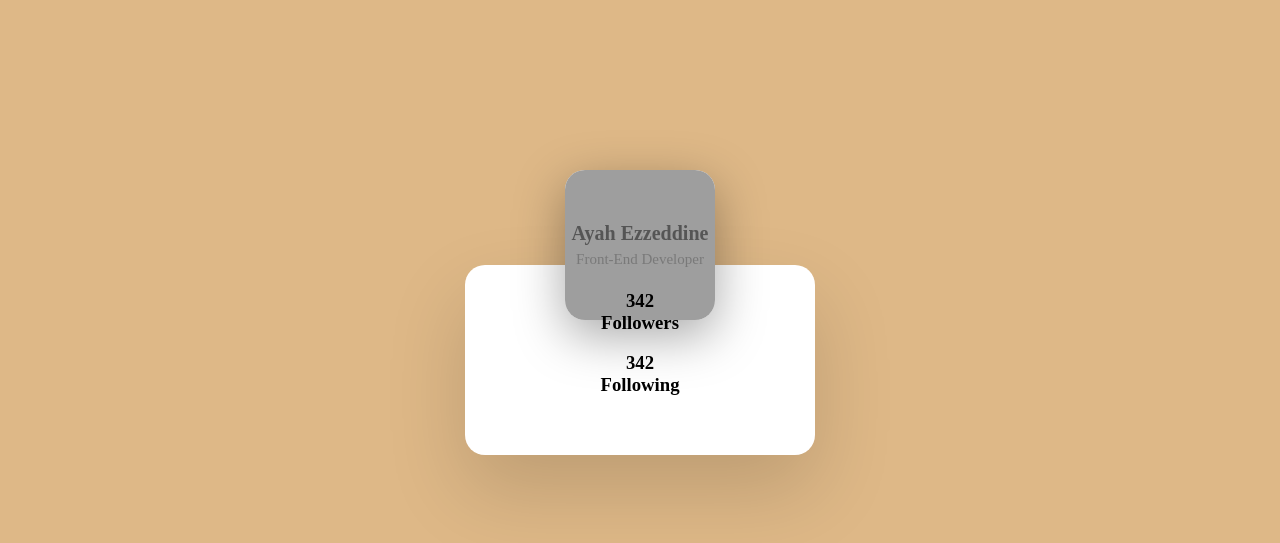
Repository: ayah1996/Github-Profiles
Page: index.html
An editor plug-in stored every save of this project. The page is shown before and after the next save, followed by the edit.
The browser window is 1280 px wide. The pictures show the whole page.
Pictures or frames that could not be fetched are drawn as grey boxes. The page's requests for data from a server got no answer.

Above is the page before, as saved 2023-01-26 14:17:59.

After the next save:
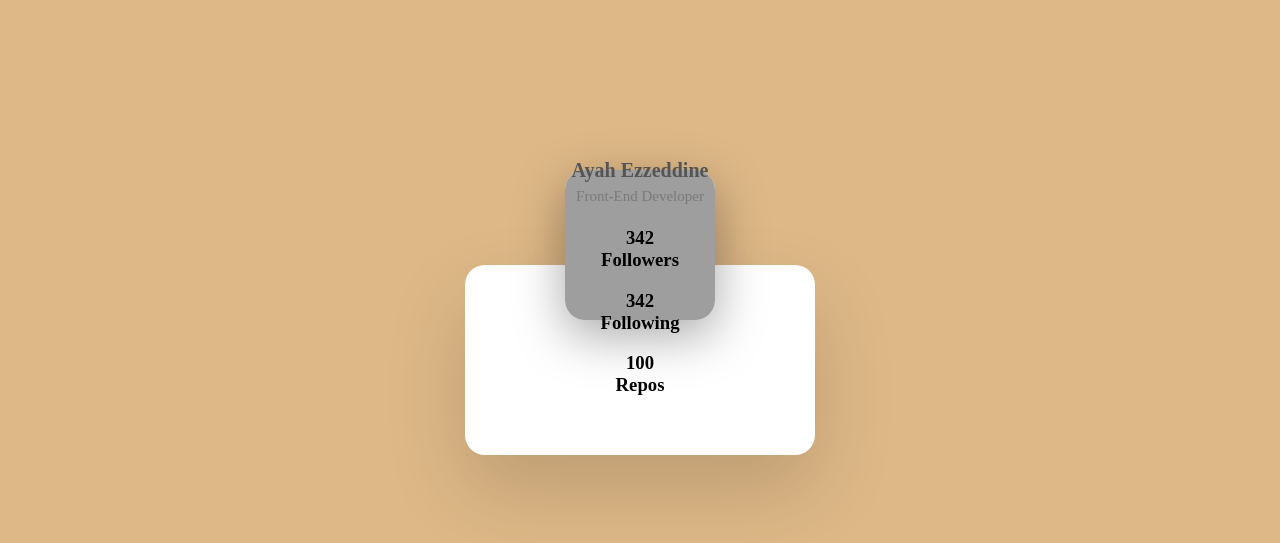
Saved 24 s later.
--- a/index.html
+++ b/index.html
@@ -23,6 +23,7 @@
             <div class="data">
               <h3>342<br /><span>Followers</span></h3>
               <h3>342<br /><span>Following</span></h3>
+              <h3>100<br /><span>Repos</span></h3>
             </div>
           </div>
         </div>
